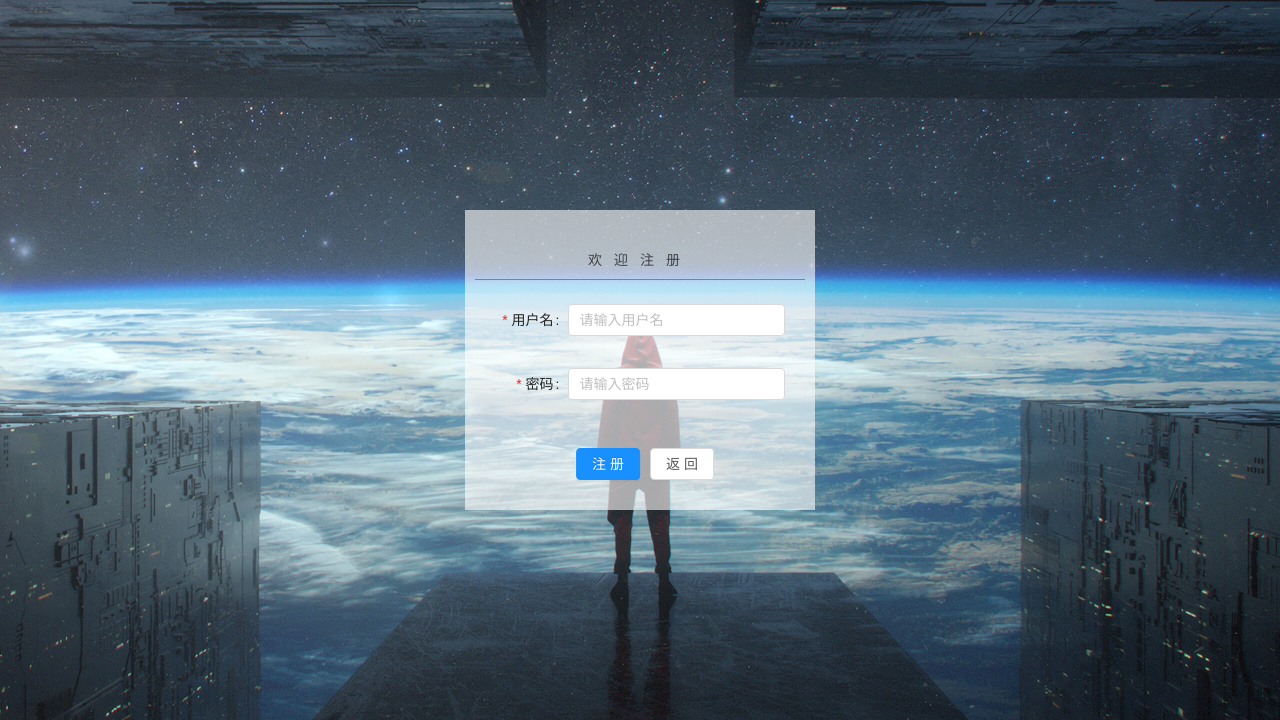
Repository: YogLn/theory-fre
Page: /register
An editor plug-in stored every save of this project. The page is shown before and after the next save, followed by the edit.
The browser window is 1280 px wide. The pictures show the whole page.
The project was rebuilt for these pictures with package versions that can differ from the ones it lists, and the page was loaded fresh each time.

Above is the page before, as saved 2021-07-22 17:35:04.

### src/App.vue
<template>
  <div id="app">
    <router-view />
  </div>
</template>

<style lang="less">
html,
body,
#app {
  height: 100vh;
  font-family: 'Helvetica Neue', Helvetica, 'PingFang SC', 'Hiragino Sans GB',
    'Microsoft YaHei', '微软雅黑', Arial, sans-serif;
  background-attachment: fixed;
  background-size: 100% 100%;
}
</style>

### src/router/index.js
import Vue from 'vue'
import VueRouter from 'vue-router'

const Login = () => import('../pages/login/Login.vue')
const Home = () => import('../pages/home/Home.vue')
const Register = () => import('../pages/login/Register.vue')
const Moment = () => import('../pages/moment/Moment.vue')
const Publish = () => import('../pages/moment/Publish.vue')
const Comment = () => import('../components/comment/Comment.vue')

Vue.use(VueRouter)

const routes = [
  {
    path: '',
    redirect: '/login'
  },
  {
    path: '/login',
    component: Login
  },
  {
    path: '/register',
    component: Register
  },
  {
    path: '/home',
    component: Home,
    redirect: '/moment',
    children: [
      {
        path: '/moment',
        component: Moment
      },
      {
        path: '/upload',
        component: Publish
      },
      {
        path: '/moment/:momentId',
        component: Comment
      }
    ]
  }
]

const router = new VueRouter({
  mode: 'history',
  base: process.env.BASE_URL,
  routes
})

// 挂载路由导航守卫
router.beforeEach((to, from, next) => {
  if (to.path == '/login' || to.path == '/register') return next()
  // 获取 token
  const tokenStr = window.sessionStorage.getItem('token')
  if (!tokenStr) return next('/login')
  next()
})

export default router

### src/network/request.js
import axiox from 'axios'
import { BASE_URL, TIMEOUT } from './config'
const instance = axiox.create({
  baseURL: BASE_URL,//baseURL会在发送请求的时候拼接在url参数的前面
  timeout: TIMEOUT
})

instance.interceptors.request.use(function (config) {
  config.headers.Authorization = window.sessionStorage.getItem('token')
  return config;
}, function (error) {
  // 对请求错误做些什么
  return Promise.reject(error);
});

// 添加响应拦截器
//此处可以根据服务器的返回状态码做响应的处理
//404 404 500
instance.interceptors.response.use(function (response) {
  // 对响应数据做点什么

  return response;
}, function (error) {
  // 对响应错误做点什么
  return Promise.reject(error);
});

export function get (url, params) {
  return instance.get(url, {
    params
  })
}

export function post (url, data) {
  return instance.post(url, data)
}

export function del (url) {
  return instance.delete(url)
}

export function put (url, data) {
  return instance.put(url, data)
}

### src/pages/login/Register.vue
<template>
  <div class="container">
    <div class="login-box">
      <div class="login-header">
        <span>欢迎注册</span>
      </div>
      <div class="login-form">
        <a-form-model ref="registerFormRef" :model="registerForm" v-bind="layout" :rules="loginFormRules">
          <a-form-model-item label="用户名" prop="name">
            <a-input v-model="registerForm.name" type="text" autocomplete="off" placeholder="请输入用户名" />
          </a-form-model-item>
          <a-form-model-item label="密码" prop="password">
            <a-input v-model="registerForm.password" type="password" autocomplete="off" placeholder="请输入密码" />
          </a-form-model-item>
        </a-form-model>
      </div>
      <div class="login-btn">
        <a-button type="primary" class="btn-login" @click="register">注册</a-button>
        <a-button @click="back">返回</a-button>
      </div>
    </div>
  </div>
</template>

<script>
import { Mixin } from '../../mixin'
export default {
  mixins: [Mixin],
  created() {},
  data() {
    return {
      registerForm: {
        name: '',
        password: '',
      }
    }
  },
  methods: {
    register() {
      this.$refs.registerFormRef.validate(async valid => {
        if(!valid) return this.$message.warning('请正确填写注册信息')
        console.log(this.registerForm)
        const res = await this.$http.post('/users', this.registerForm)
        console.log(res)
        if(res.status !== 200) return this.$message.error('注册失败')
        this.$message.success('注册成功')
        window.sessionStorage.setItem('token', res.data.token)
        window.sessionStorage.setItem('id', res.data.id)
        this.$router.push('/home')
      })
    },
    back() {
      this.$router.push('/login')
    },
  },
}
</script>

<style lang="less" scoped>
.container {
  background: url('../../assets/img/loginbg.png') center center no-repeat;
  height: 100%;
  .login-box {
    display: relative;
    padding: 40px 10px;
    width: 350px;
    height: 300px;
    background: rgba(255, 255, 255, 0.6);
    position: fixed;
    left: 50%;
    top: 50%;
    transform: translate(-50%, -50%);
    .login-header {
      margin-top: -10px;
      display: flex;
      justify-content: center;
      height: 40px;
      line-height: 40px;
      border-bottom: 1.6px solid #818679;
      span {
        text-align: center;
        letter-spacing: 12px;
      }
    }
    .login-form {
      padding: 20px;
    }
    .login-btn {
      position: absolute;
      left: 50%;
      transform: translateX(-50%);
      .btn-login {
        margin: 0 10px;
      }
    }
  }
}
</style>

### src/network/config.js
const devBaseURL = "http://121.4.100.103:5000";
const proBaseURL = "http://121.4.100.103:5000";
export const BASE_URL = process.env.NODE_ENV === 'development' ? devBaseURL: proBaseURL;

export const TIMEOUT = 5000;

### src/mixin.js
export const Mixin = {
  data() {
    return {
      loginFormRules:  {
        name: [{ required: true, message: '请输入用户名', trigger: 'blur' }],
        password: [{ required: true, message: '请输入密码', trigger: 'blur' }]
      },

      layout: {
        labelCol: { span: 6 },
        wrapperCol: { span: 18 },
      },
    }
  },
}

Loaded but not shown: public/index.html (common file); src/main.js (common file); src/store/index.js (common file); src/assets/css/reset.css (common file)

After the next save:
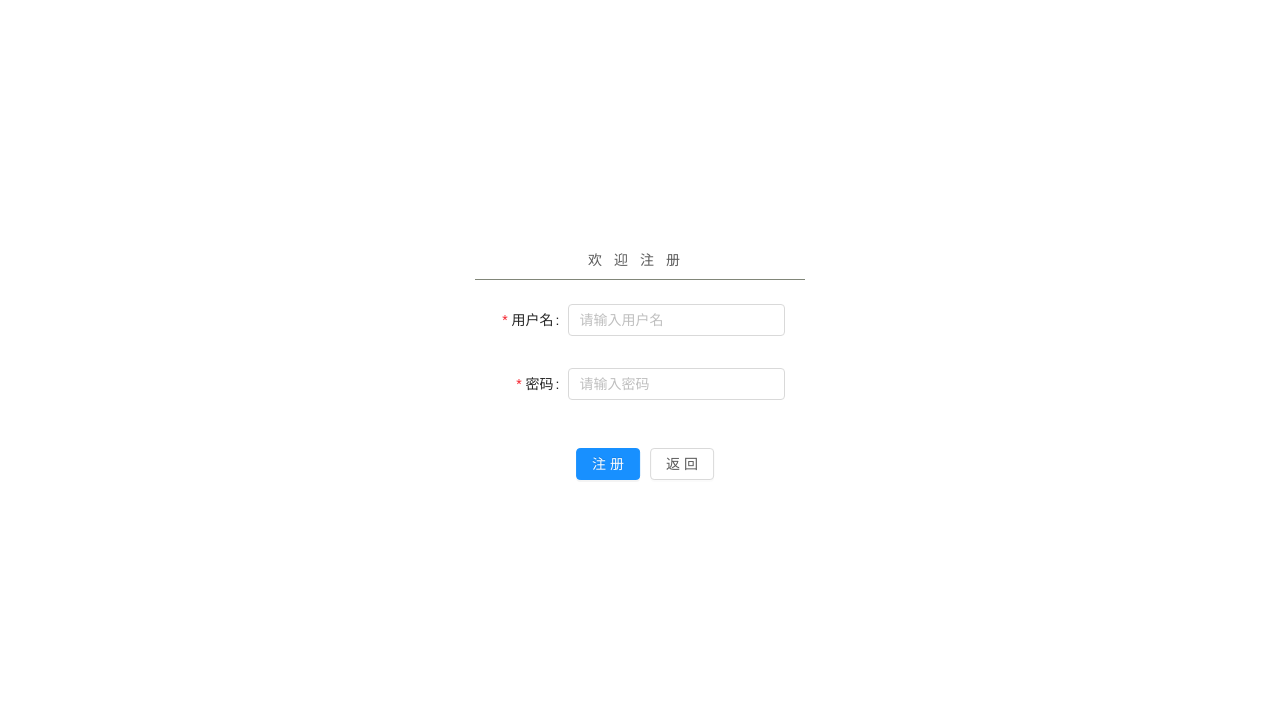
Saved 28 s later.
--- a/src/pages/login/Register.vue
+++ b/src/pages/login/Register.vue
@@ -5,17 +5,30 @@
         <span>欢迎注册</span>
       </div>
       <div class="login-form">
-        <a-form-model ref="registerFormRef" :model="registerForm" v-bind="layout" :rules="loginFormRules">
-          <a-form-model-item label="用户名" prop="name">
-            <a-input v-model="registerForm.name" type="text" autocomplete="off" placeholder="请输入用户名" />
+        <a-form-model ref="registerFormRef"
+                      :model="registerForm"
+                      v-bind="layout"
+                      :rules="loginFormRules">
+          <a-form-model-item label="用户名"
+                             prop="name">
+            <a-input v-model="registerForm.name"
+                     type="text"
+                     autocomplete="off"
+                     placeholder="请输入用户名" />
           </a-form-model-item>
-          <a-form-model-item label="密码" prop="password">
-            <a-input v-model="registerForm.password" type="password" autocomplete="off" placeholder="请输入密码" />
+          <a-form-model-item label="密码"
+                             prop="password">
+            <a-input v-model="registerForm.password"
+                     type="password"
+                     autocomplete="off"
+                     placeholder="请输入密码" />
           </a-form-model-item>
         </a-form-model>
       </div>
       <div class="login-btn">
-        <a-button type="primary" class="btn-login" @click="register">注册</a-button>
+        <a-button type="primary"
+                  class="btn-login"
+                  @click="register">注册</a-button>
         <a-button @click="back">返回</a-button>
       </div>
     </div>
@@ -26,7 +39,7 @@
 import { Mixin } from '../../mixin'
 export default {
   mixins: [Mixin],
-  created() {},
+  created() { },
   data() {
     return {
       registerForm: {
@@ -38,11 +51,11 @@ export default {
   methods: {
     register() {
       this.$refs.registerFormRef.validate(async valid => {
-        if(!valid) return this.$message.warning('请正确填写注册信息')
+        if (!valid) return this.$message.warning('请正确填写注册信息')
         console.log(this.registerForm)
         const res = await this.$http.post('/users', this.registerForm)
         console.log(res)
-        if(res.status !== 200) return this.$message.error('注册失败')
+        if (res.status !== 200) return this.$message.error('注册失败')
         this.$message.success('注册成功')
         window.sessionStorage.setItem('token', res.data.token)
         window.sessionStorage.setItem('id', res.data.id)
@@ -58,7 +71,6 @@ export default {
 
 <style lang="less" scoped>
 .container {
-  background: url('../../assets/img/loginbg.png') center center no-repeat;
   height: 100%;
   .login-box {
     display: relative;
